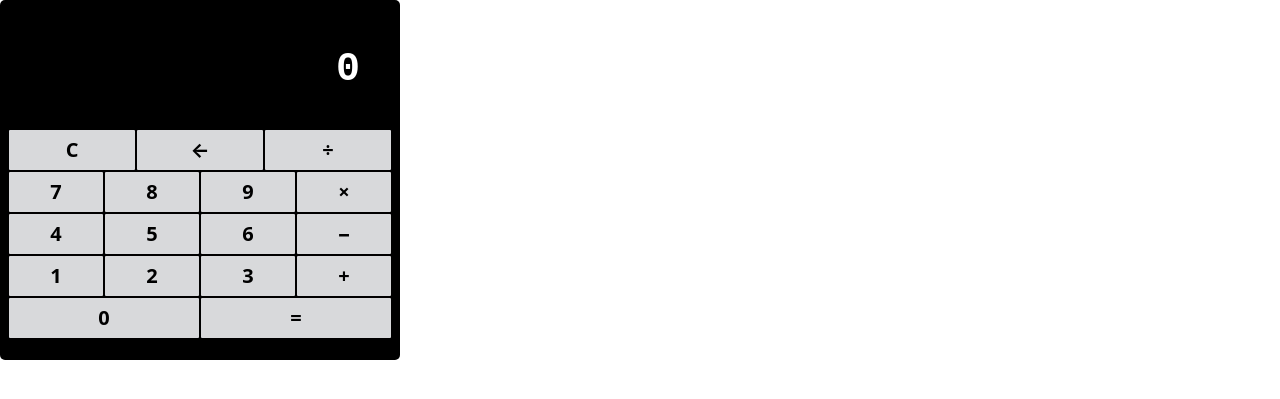
Repository: jgramirez0210/LAB-calculator
Page: index.html
These files come from the project's save history. The page is drawn as it stood at one moment and after a run of saves; the edit follows.
The browser window is 1280 px wide. The pictures show the whole page.

Above is the page before, as saved 2023-10-10 21:32:37.

After the next 3 saves:
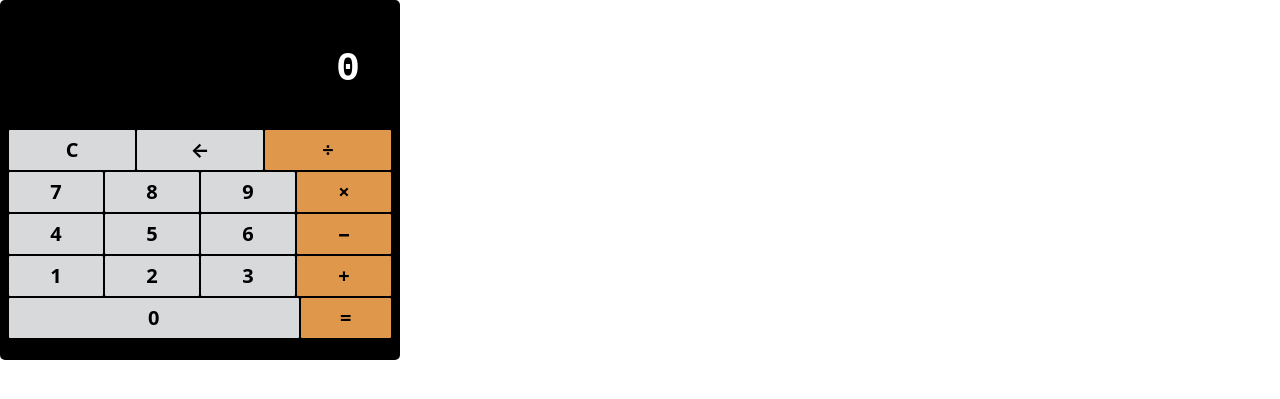
The 3 saves are shown as one change because they came seconds apart.
The last was saved 7 s later.
--- a/main.css
+++ b/main.css
@@ -38,7 +38,28 @@ button {
   border-radius: 1px;
   transition: background-color 0.3s;
 }
-  flex: 2.5;
+
+button:hover {
+  background-color: #ebebeb;
+}
+
+button:active {
+  background-color: #bbbcbe;
+}
+
+button.function {
+  background-color: #df974c;
+}
+
+button.function:hover {
+  background-color: #dfb07e;
+}
+
+button.function:active {
+  background-color: #dd8d37;
+}
+button#wide {
+  flex: 2.;
 }
 button.xwide {
   flex: 4;
